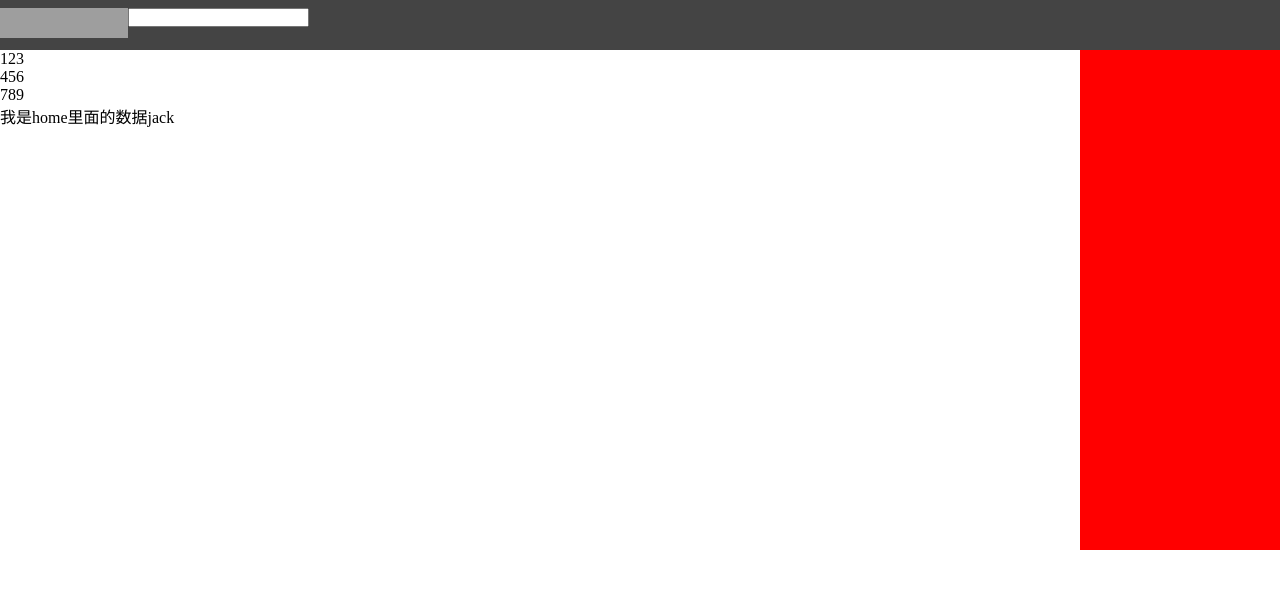
Repository: jinggegeZ/cnode
Page: /
These files come from the project's save history. The page is drawn as it stood at one moment and after the next save; the edit follows.
The browser window is 1280 px wide. The pictures show the whole page.
Pictures or frames that could not be fetched are drawn as grey boxes. The project was rebuilt for these pictures with package versions that can differ from the ones it lists, and the page was loaded fresh each time.

Above is the page before, as saved 2020-06-05 11:36:05.

### src/main.js
import Vue from 'vue'
import App from './App.vue'
import router from './router'
import store from './store'
import ElementUI from 'element-ui'
import 'element-ui/lib/theme-chalk/index.css'


Vue.config.productionTip = false
Vue.use(ElementUI);
new Vue({
  router,
  store,
  render: h => h(App)
}).$mount('#app')

### src/App.vue
<template>
  <div id="app">
    <router-view/>
  </div>
</template>

<style lang="scss">
   * {
  margin: 0;
  padding: 0;
 }
</style>

### src/router/index.js
import Vue from 'vue'
import VueRouter from 'vue-router'
import Home from '../views/Home.vue'
import layout from '../views/layout1/layout'

Vue.use(VueRouter)

  const routes = [
    {
      path:'/home',
      redirect:'/'
    },
  {
    path:'/',
    name:'layout',
    component: layout,
    children: [
      {
        path: '',
        name: 'Home',
        component: Home
      },
    ]
  },

  {
    path: '/about',
    name: 'About',
    component: () => import('../views/About.vue')
  },
  {
    path: '/parents',
    name: 'parents',
    component: () => import('../views/parents/parents.vue'),

  },
]

const router = new VueRouter({
  mode: 'history',
  base: process.env.BASE_URL,
  routes
})

export default router

### src/store/index.js
import Vue from 'vue'
import Vuex from 'vuex'

Vue.use(Vuex)

export default new Vuex.Store({
  state: {
    name:'jack'
  },
  mutations: {
  },
  actions: {
  },
  modules: {
  }
})

### src/views/Home.vue
<template>
 <div>
  <div>123</div>
  <div>456</div>
  <div>789</div>
  <div>我是home里面的数据{{name}}</div>
 </div>
</template>

<script>

 export default {
   data () {
     return {

     }
   },
   components: {

   },
   methods: {

   },
   mounted() {

   },
   watch: {

   },
   computed: {
     name() {
       return this.$store.state.name
     }
   }
 }
</script>

<style scoped>

</style>

### src/views/layout1/layout.vue
<template>
 <div>
    <div class="container">

            <div class="top">
            <top></top>
            </div>

        <div class="content">
            <div>
                <router-view></router-view>
            </div>
            <div class="right">
                <right></right>
            </div>
        </div>
        <div class="below">
            <below></below>
        </div>
    </div>
 </div>
</template>

<script>
    import top from '../../components/top/top'
    import right from '../../components/right/right'
    import below from '../../components/below/below'
 export default {
     name:'layout',
   data () {
     return {

     }
   },
   components: {
       top,
       right,
       below,
   },
   methods: {

   },
   mounted() {

   },
   watch: {

   },
   computed: {
   }
 }
</script>

<style scoped>
    .container {
        width: 100%;
    }


</style>

### src/components/top/top.vue
<template>
 <div>
    <div class="top">
    <div class="box">
        <div class="b-left">
            <div><img src="//static2.cnodejs.org/public/images/cnodejs_light.svg" alt="" width="128px" height="30px"></div>
            <div class="ipt"><input type="text"></div>
        </div>
        <div></div>
    </div>
    </div>
 </div>
</template>

<script>
 export default {
   data () {
     return {

     }
   },
   components: {

   },
   methods: {

   },
   mounted() {

   },
   watch: {

   },
   computed: {

   }
 }
</script>

<style scoped >
    .top {
        width: 100%;
        height: 50px;
        background:rgb(68,68,68);


    }
    .box {
        max-width: 1400px;
        height: 50px;
        margin: 0 auto;
        display: flex;
        justify-content: space-between;
        align-items: center;
    }
    .b-left {
        display: flex;
    }

</style>

### src/components/right/right.vue
<template>
 <div>
    <div class="right"></div>
 </div>
</template>

<script>
 export default {
   data () {
     return {

     }
   },
   components: {

   },
   methods: {

   },
   mounted() {

   },
   watch: {

   },
   computed: {

   }
 }
</script>

<style scoped>
    .right {
        width: 200px;
        height: 500px;
        background: red;
        position: absolute;
        right: 0;
        top: 50px;
    }
</style>

### src/components/below/below.vue
<template>
 <div>
    <div class="foot">
        <div class="f-box"></div>
    </div>
 </div>
</template>

<script>
 export default {
   name: '',
   props: {
   },
   components: {

   },
   data () {
     return {

     }
   },
   methods: {

   },
   mounted() {

   },
   watch: {

   },
   computed: {

   }
 }
</script>

<style scoped>
    .foot {
        width: 100%;
        position: absolute;
        bottom: 0;
    }
    .f-box {
        width: 1400px;
        align-items: center;
        background: skyblue;
    }
</style>

Loaded but not shown: public/index.html (common file)

After the next save:
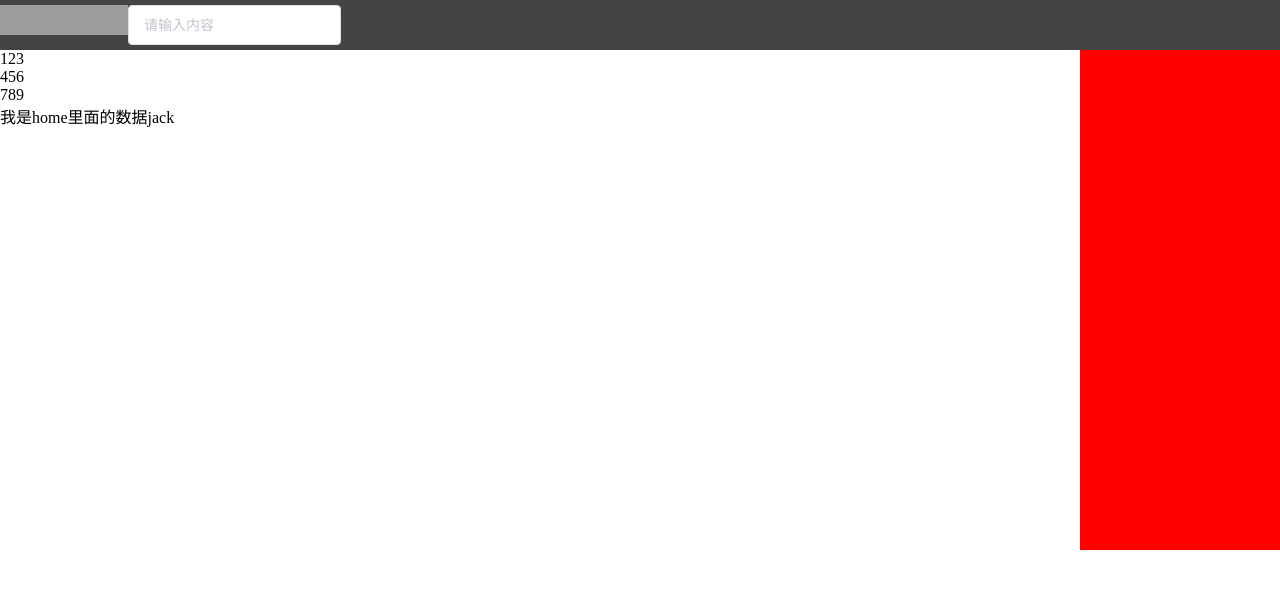
Saved 58 s later.
--- a/src/components/top/top.vue
+++ b/src/components/top/top.vue
@@ -4,7 +4,7 @@
     <div class="box">
         <div class="b-left">
             <div><img src="//static2.cnodejs.org/public/images/cnodejs_light.svg" alt="" width="128px" height="30px"></div>
-            <div class="ipt"><input type="text"></div>
+            <el-input v-model="input" placeholder="请输入内容"></el-input>
         </div>
         <div></div>
     </div>

After the save that followed:
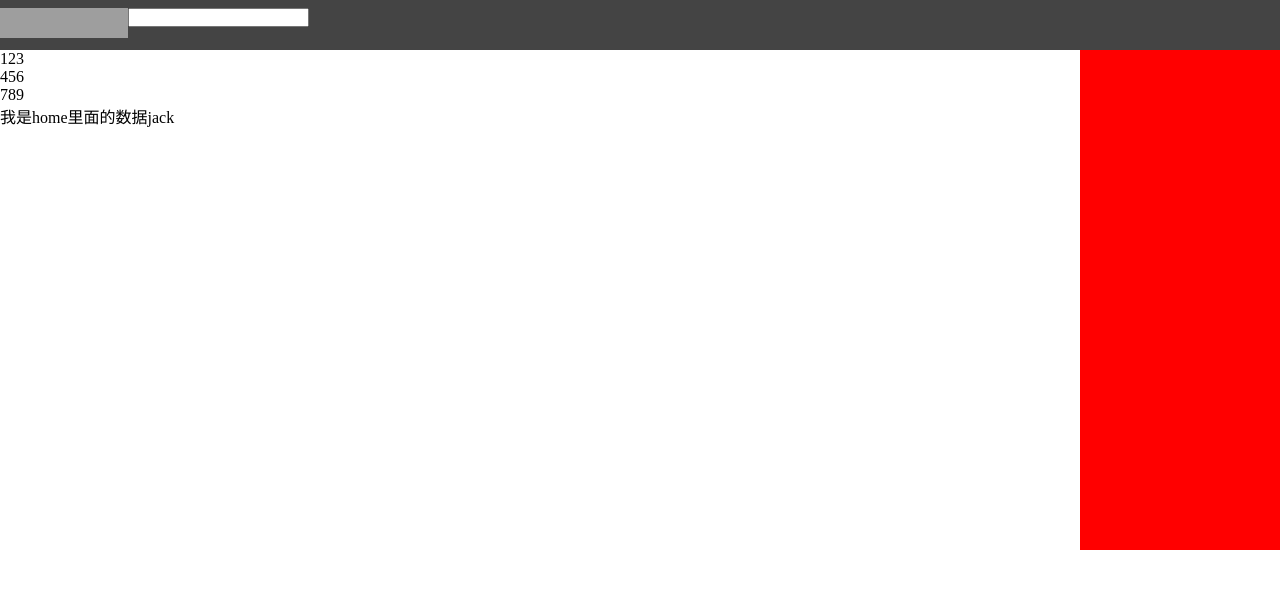
Saved 38 s later.
--- a/src/components/top/top.vue
+++ b/src/components/top/top.vue
@@ -4,7 +4,7 @@
     <div class="box">
         <div class="b-left">
             <div><img src="//static2.cnodejs.org/public/images/cnodejs_light.svg" alt="" width="128px" height="30px"></div>
-            <el-input v-model="input" placeholder="请输入内容"></el-input>
+            <div class="ipt"><input type="text"></div>
         </div>
         <div></div>
     </div>
